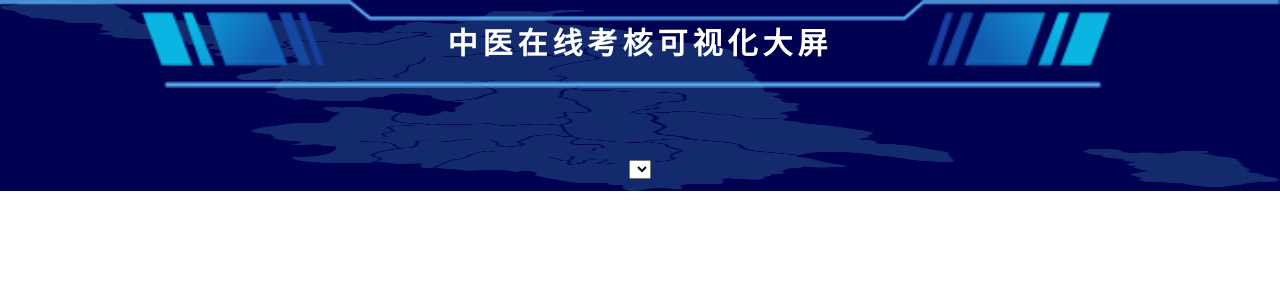
Repository: krislorem/medicine-online-datascreen-vue
Page: /
The author's editor kept a copy of each file at every save. The page is drawn from the files as they stood at one save, then again after the next save.
The browser window is 1280 px wide. The pictures show the whole page.
The project was rebuilt for these pictures with package versions that can differ from the ones it lists, and the page was loaded fresh each time. Also part of the build but not shown: vite.config.ts.

Above is the page before, as saved 2024-12-04 11:39:19.
Console error (its wording comes from the project's code and is left out).
Not found: @fs/src/img/bz.02dfead7.png

After the next save:
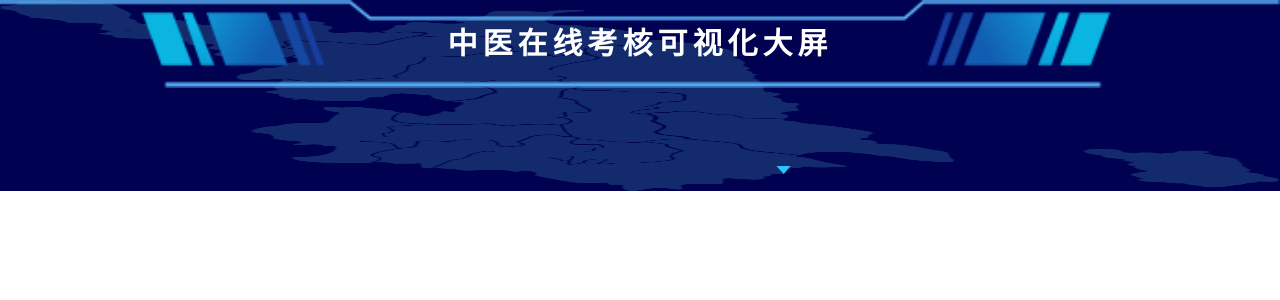
Saved 56 s later.
--- a/src/views/HomeView.vue
+++ b/src/views/HomeView.vue
@@ -64,6 +64,23 @@ body {
   -webkit-box-align: center;
   -ms-flex-align: center;
   align-items: center;
+}
+
+.home #mid-bar #info {
+  appearance: none;
+  -moz-appearance: none;
+  -webkit-appearance: none;
+  background: transparent url('/jiantou.png') no-repeat scroll 100%;
+  width: 302px;
+  height: 22px;
+  font-size: 16px;
+  text-align: center;
+  font-family: PingFangSC-Semibold, PingFang SC;
+  font-weight: 600;
+  color: #26c5fb;
+  line-height: 22px;
+  letter-spacing: 2px;
+  border: none;
 }
 </style>
 <script setup lang="ts">
